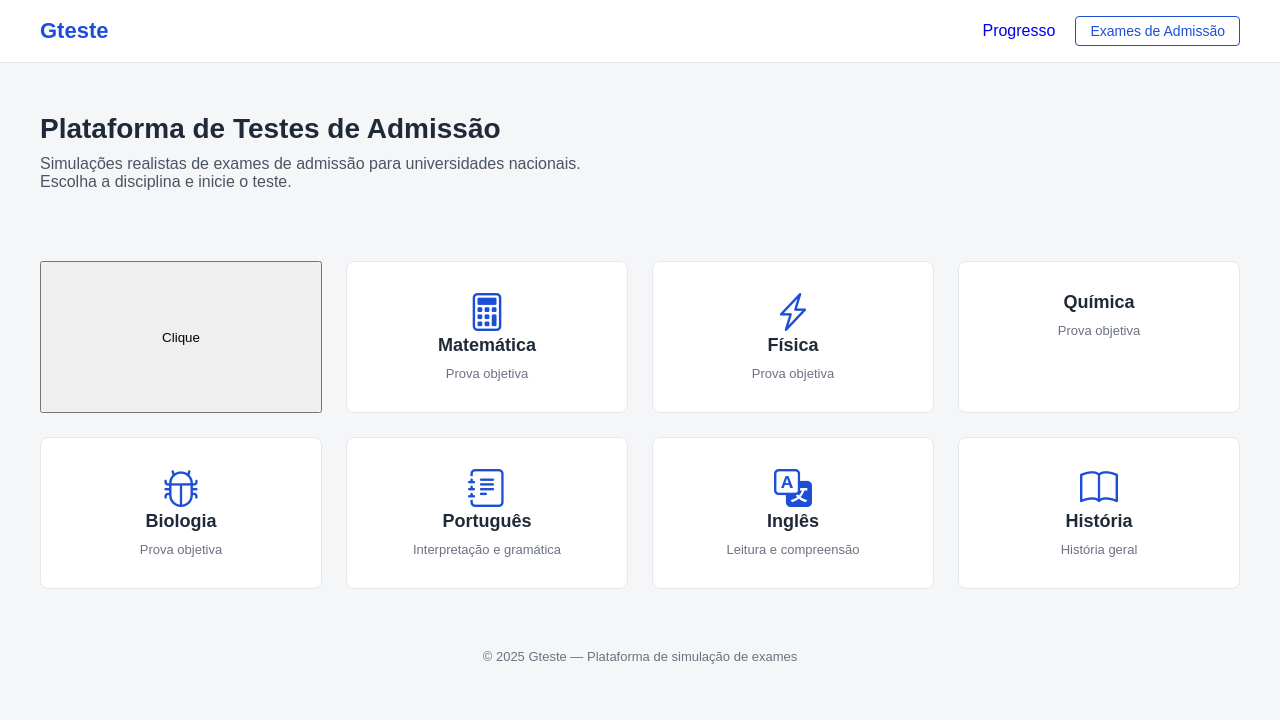
Repository: juvencio009/infratech-web
Page: index.html
These files come from the project's save history. The page is drawn as it stood at one moment and after the next save; the edit follows.
The browser window is 1280 px wide. The pictures show the whole page.

Above is the page before, as saved 2025-12-18 00:13:10.

### index.html
<!DOCTYPE html>
<html lang="pt">
<head>
  <meta charset="UTF-8">
  <title>Gteste | Exames de Admissão</title>

  <!-- Bootstrap Icons -->
  <link
    href="https://cdn.jsdelivr.net/npm/bootstrap-icons@1.11.3/font/bootstrap-icons.css"
    rel="stylesheet"
  >

  <style>
    * {
      box-sizing: border-box;
      margin: 0;
      padding: 0;
      font-family: Arial, Helvetica, sans-serif;
    }

    body {
      background: #f4f6f8;
      color: #1f2937;
    }

    /* HEADER */
    header {
      background: #ffffff;
      border-bottom: 1px solid #e5e7eb;
      padding: 16px 40px;
      display: flex;
      align-items: center;
      justify-content: space-between;
    }

    .logo {
      font-size: 22px;
      font-weight: bold;
      color: #1d4ed8;
    }

    .header-actions button {
      background: transparent;
      border: 1px solid #1d4ed8;
      color: #1d4ed8;
      padding: 6px 14px;
      border-radius: 4px;
      cursor: pointer;
      font-size: 14px;
    }

    /* HERO */
    .hero {
      padding: 50px 40px 30px;
    }

    .hero h1 {
      font-size: 28px;
      margin-bottom: 10px;
    }

    .hero p {
      color: #4b5563;
      max-width: 600px;
    }

    /* GRID */
    .grid {
      padding: 40px;
      display: grid;
      grid-template-columns: repeat(auto-fit, minmax(230px, 1fr));
      gap: 24px;
    }

    .card {
      background: #ffffff;
      border-radius: 8px;
      padding: 30px 20px;
      text-align: center;
      border: 1px solid #e5e7eb;
      cursor: pointer;
      transition: 0.2s ease;
    }

    .card:hover {
      transform: translateY(-4px);
      box-shadow: 0 6px 20px rgba(0,0,0,0.08);
    }

    .card i {
      font-size: 38px;
      color: #1d4ed8;
      margin-bottom: 14px;
    }

    .card h3 {
      font-size: 18px;
      margin-bottom: 8px;
    }

    .card span {
      font-size: 13px;
      color: #6b7280;
    }

    footer {
      text-align: center;
      padding: 20px;
      font-size: 13px;
      color: #6b7280;
    }
  </style>
</head>
<body>

  <!-- HEADER -->
  <header>
    <div class="logo">Gteste</div>
    <div class="header-actions" style='display:flex;align-items:center;gap:20px;text-decoration:none;list-style:none'>
      <!-- futuro: login -->
	<li><a href='progress.html' style='text-decoration:none'>Progresso</a></li>
      <button disabled>Exames de Admissão</button>
    </div>
  </header>

  <!-- HERO -->
  <section class="hero">
    <h1>Plataforma de Testes de Admissão</h1>
    <p>
      Simulações realistas de exames de admissão para universidades nacionais.
      Escolha a disciplina e inicie o teste.
    </p>
  </section>

  <!-- DISCIPLINAS -->
  <section class="grid">
      <button onclick="alertG('Meu Deus')">Clique</button>

    <div class="card" onclick="openQuiz('maths')">
      <i class="bi bi-calculator"></i>
      <h3>Matemática</h3>
      <span>Prova objetiva</span>
    </div>

    <div class="card" onclick="openQuiz('fisica')">
      <i class="bi bi-lightning-charge"></i>
      <h3>Física</h3>
      <span>Prova objetiva</span>
    </div>

    <div class="card" onclick="openQuiz('quimica')">
      <i class="bi bi-tech"></i>
      <h3>Química</h3>
      <span>Prova objetiva</span>
    </div>

    <div class="card" onclick="openQuiz('biologia')">
      <i class="bi bi-bug"></i>
      <h3>Biologia</h3>
      <span>Prova objetiva</span>
    </div>

    <div class="card" onclick="openQuiz('portugues')">
      <i class="bi bi-journal-text"></i>
      <h3>Português</h3>
      <span>Interpretação e gramática</span>
    </div>

    <div class="card" onclick="openQuiz('ingles')">
      <i class="bi bi-translate"></i>
      <h3>Inglês</h3>
      <span>Leitura e compreensão</span>
    </div>

    <div class="card" onclick="openQuiz('historia')">
      <i class="bi bi-book"></i>
      <h3>História</h3>
      <span>História geral</span>
    </div>

  </section>

  <footer>
    © 2025 Gteste — Plataforma de simulação de exames
  </footer>

  <script>
    function openQuiz(disciplina) {
      window.location.href = `quiz.html?disciplina=${disciplina}`;
    }
  </script>
</body>
</html>

After the next save:
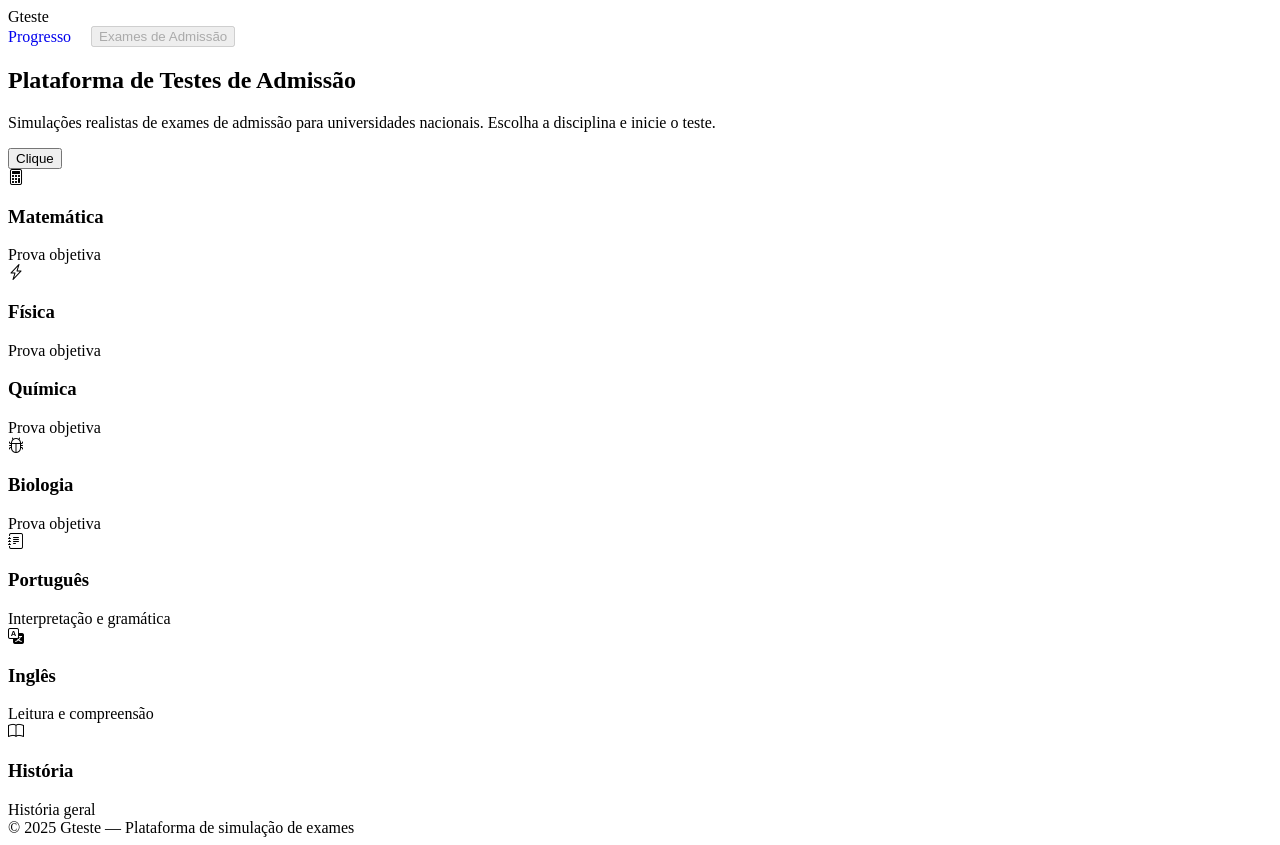
Saved 2 min 1 s later.
--- a/index.html
+++ b/index.html
@@ -10,106 +10,7 @@
     rel="stylesheet"
   >
 
-  <style>
-    * {
-      box-sizing: border-box;
-      margin: 0;
-      padding: 0;
-      font-family: Arial, Helvetica, sans-serif;
-    }
 
-    body {
-      background: #f4f6f8;
-      color: #1f2937;
-    }
-
-    /* HEADER */
-    header {
-      background: #ffffff;
-      border-bottom: 1px solid #e5e7eb;
-      padding: 16px 40px;
-      display: flex;
-      align-items: center;
-      justify-content: space-between;
-    }
-
-    .logo {
-      font-size: 22px;
-      font-weight: bold;
-      color: #1d4ed8;
-    }
-
-    .header-actions button {
-      background: transparent;
-      border: 1px solid #1d4ed8;
-      color: #1d4ed8;
-      padding: 6px 14px;
-      border-radius: 4px;
-      cursor: pointer;
-      font-size: 14px;
-    }
-
-    /* HERO */
-    .hero {
-      padding: 50px 40px 30px;
-    }
-
-    .hero h1 {
-      font-size: 28px;
-      margin-bottom: 10px;
-    }
-
-    .hero p {
-      color: #4b5563;
-      max-width: 600px;
-    }
-
-    /* GRID */
-    .grid {
-      padding: 40px;
-      display: grid;
-      grid-template-columns: repeat(auto-fit, minmax(230px, 1fr));
-      gap: 24px;
-    }
-
-    .card {
-      background: #ffffff;
-      border-radius: 8px;
-      padding: 30px 20px;
-      text-align: center;
-      border: 1px solid #e5e7eb;
-      cursor: pointer;
-      transition: 0.2s ease;
-    }
-
-    .card:hover {
-      transform: translateY(-4px);
-      box-shadow: 0 6px 20px rgba(0,0,0,0.08);
-    }
-
-    .card i {
-      font-size: 38px;
-      color: #1d4ed8;
-      margin-bottom: 14px;
-    }
-
-    .card h3 {
-      font-size: 18px;
-      margin-bottom: 8px;
-    }
-
-    .card span {
-      font-size: 13px;
-      color: #6b7280;
-    }
-
-    footer {
-      text-align: center;
-      padding: 20px;
-      font-size: 13px;
-      color: #6b7280;
-    }
-  </style>
 </head>
 <body>
 
